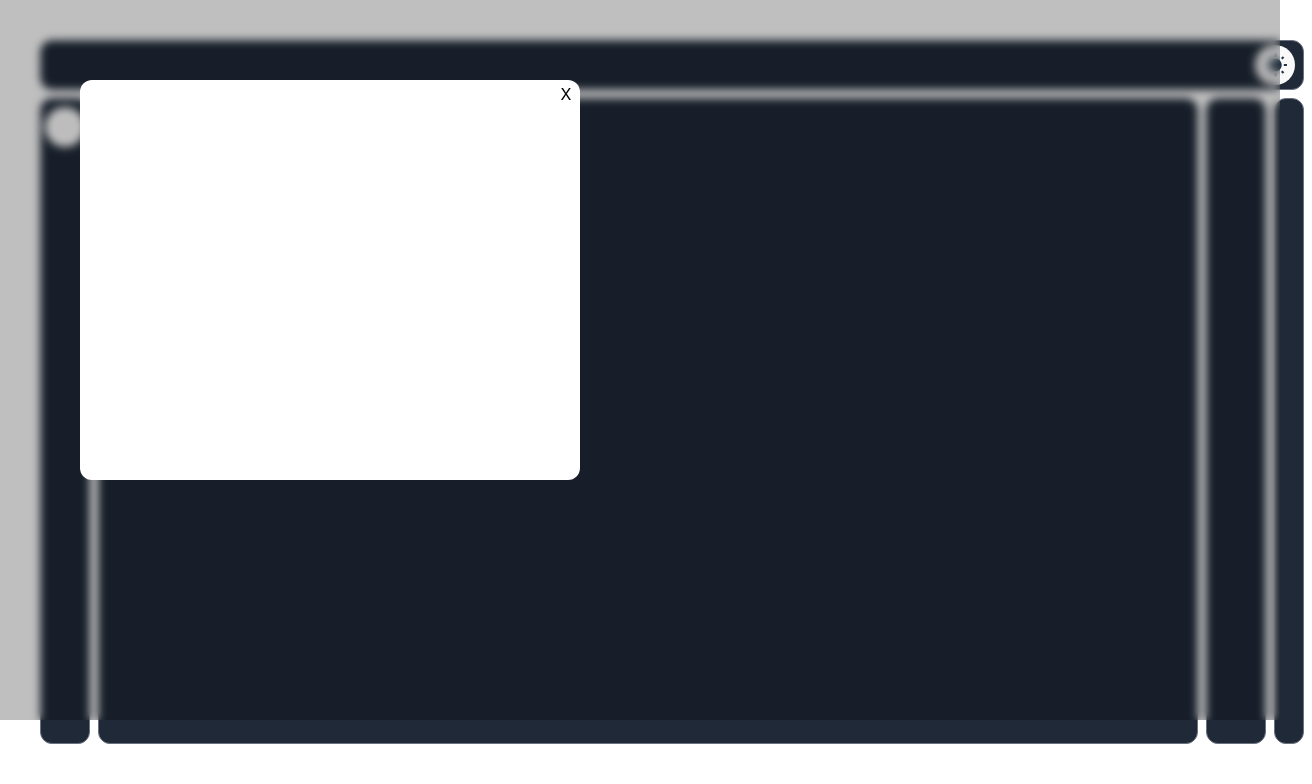
Repository: Wuiserous/Todo-App
Page: /, after clicking the first element matching `button.w-10`
The author's editor kept a copy of each file at every save. The page is drawn from the files as they stood at one save, then again after the next save.
The browser window is 1280 px wide. The page is 1312 px wide, so the pictures cover 1312 px, including what lies to the right of the window. The pictures show the whole page.
The project was rebuilt for these pictures with package versions that can differ from the ones it lists, and the page was loaded fresh each time. Also part of the build but not shown: vite.config.js.

Above is the page before, as saved 2024-11-10 12:40:36.

### src/index.css
/* src/index.css */
@tailwind base;
@tailwind components;
@tailwind utilities;

:root {
  font-family: Inter, system-ui, Avenir, Helvetica, Arial, sans-serif;
  line-height: 1.5;
  font-weight: 400;

  color-scheme: light dark;
  color: rgba(255, 255, 255, 0.87);
  background-color: black;

  font-synthesis: none;
  text-rendering: optimizeLegibility;
  -webkit-font-smoothing: antialiased;
  -moz-osx-font-smoothing: grayscale;
}

a {
  font-weight: 500;
  color: #646cff;
  text-decoration: inherit;
}
a:hover {
  color: #535bf2;
}

h1 {
  font-size: 3.2em;
  line-height: 1.1;
}


button:hover {
  border-color: #646cff;
}
button:focus,
button:focus-visible {
  outline: 4px auto -webkit-focus-ring-color;
}

@media (prefers-color-scheme: light) {
  :root {
    color: #213547;
    background-color: #ffffff;
  }
  a:hover {
    color: #747bff;
  }
  button {
    background-color: #f9f9f9;
  }
}

### src/App.jsx
import { useState } from 'react'
import './App.css'
import { MdWbSunny } from "react-icons/md";
import { AiFillMoon } from "react-icons/ai";
import { IoMdAddCircle } from "react-icons/io";
import ToolBar from './components/ToolBar'
import NavBar from './components/NavBar'
import TaskSpace from './components/TaskSpace'
import Modal from './components/Modal'
import ProgressSpace from './components/ProgressSpace'
import MotivationSpace from './components/MotivationSpace'

function App() {
  const [darkMode, setDarkMode] = useState(false)
  const [showModal, setShowModal] = useState(false)
  const hideModal = () => setShowModal(false)
  return (
    <div className='w-[100vw] overflow-hidden p-2 gap-2 h-[100vh] grid grid-cols-[50px_1100px_60px_1fr] grid-rows-[50px_1fr_1fr_1fr]'>
      <ToolBar bgColor={darkMode?'bg-gray-100' : 'bg-gray-800'} Button={<button className="w-10 focus:outline-none h-10 rounded-full flex items-center justify-center" onClick={() => setShowModal(true)}><IoMdAddCircle className={`${darkMode ? 'text-black' : 'text-white'}`} size={40} /></button>} />
      <NavBar Button={<button className="w-10 h-10 focus:outline-none rounded-full flex items-center justify-center" onClick={() => setDarkMode(!darkMode)}>{darkMode ? <AiFillMoon className='text-black' size={25} /> : <MdWbSunny size={25} />}</button>} bgColor={darkMode?'bg-gray-100' : 'bg-gray-800' }/>
      <TaskSpace bgColor={darkMode?'bg-gray-100' : 'bg-gray-800' } />
      <ProgressSpace bgColor={darkMode?'bg-gray-100' : 'bg-gray-800' } />
      <MotivationSpace bgColor={darkMode?'bg-gray-100' : 'bg-gray-800' } />
      <Modal Show={showModal} hide={hideModal} />
    </div>
  )
}

export default App

### src/components/ToolBar.jsx
export default function ToolBar(props) {
    return (
      <div className={`border ${props.bgColor} border-gray-500 p-2 flex justify-center rounded-xl col-span-1 row-start-2 row-end-5`}>
        {props.Button}
      </div>
    )
}

### src/components/NavBar.jsx
import { useState } from 'react'

export default function NavBar(props) {
    return (
      <div className={`rounded-xl col-span-4 border ${props.bgColor} border-gray-500 flex items-center justify-end p-2`}>
        {props.Button}
      </div>
    )
}

### src/components/TaskSpace.jsx
export default function TaskSpace(props) {
    return (
      <div className={`rounded-xl col-start-2 row-start-2 row-end-5 border ${props.bgColor} border-gray-500`}></div>
    )
}

### src/components/Modal.jsx
import { useState, useEffect } from "react";

export default function Modal(props) {
    const [isVisible, setIsVisible] = useState(false);

    useEffect(() => {
        if (props.Show) {
            // Trigger animation when modal is shown
            setIsVisible(true);
        } else {
            // Reset visibility state when modal is hidden
            setIsVisible(false);
        }
    }, [props.Show]);

    if (!props.Show) return null;

    const hide = (e) => {
        if (e.target.id === "wrapper") props.hide();
    };

    return (
      <div
        className="fixed inset-0 bg-black bg-opacity-25 backdrop-blur-sm"
        id="wrapper"
        onClick={hide}
      >
        <div
          className={`relative w-[500px] top-20 left-20 h-[400px] bg-white rounded-xl flex flex-col justify-center items-center text-black transform transition-all duration-500 ${
            isVisible ? "scale-100 opacity-100" : "scale-50 opacity-0"
          }`}
        >
          <button
            onClick={props.hide}
            className="absolute top-1 right-1 w-5 h-5 p-2 flex items-center justify-center rounded-full focus:outline-none bg-transparent text-black"
          >
            X
          </button>
        </div>
      </div>
    );
}

### src/components/ProgressSpace.jsx
export default function ProgressSpace(props) {
    return (
      <div className={`rounded-xl row-start-2 row-end-5 col-start-3 col-end-4 border ${props.bgColor} border-gray-500`}></div>
    )
}

### src/components/MotivationSpace.jsx
export default function MotivationSpace(props) {
    return (
      <div className={`rounded-xl row-start-2 row-end-5 col-start-4 col-end-4 col-span-3 border ${props.bgColor} border-gray-500`}></div>
    )
}

Loaded but not shown: src/main.jsx (common file); src/App.css (common file); tailwind.config.js (common file)

After the next save:
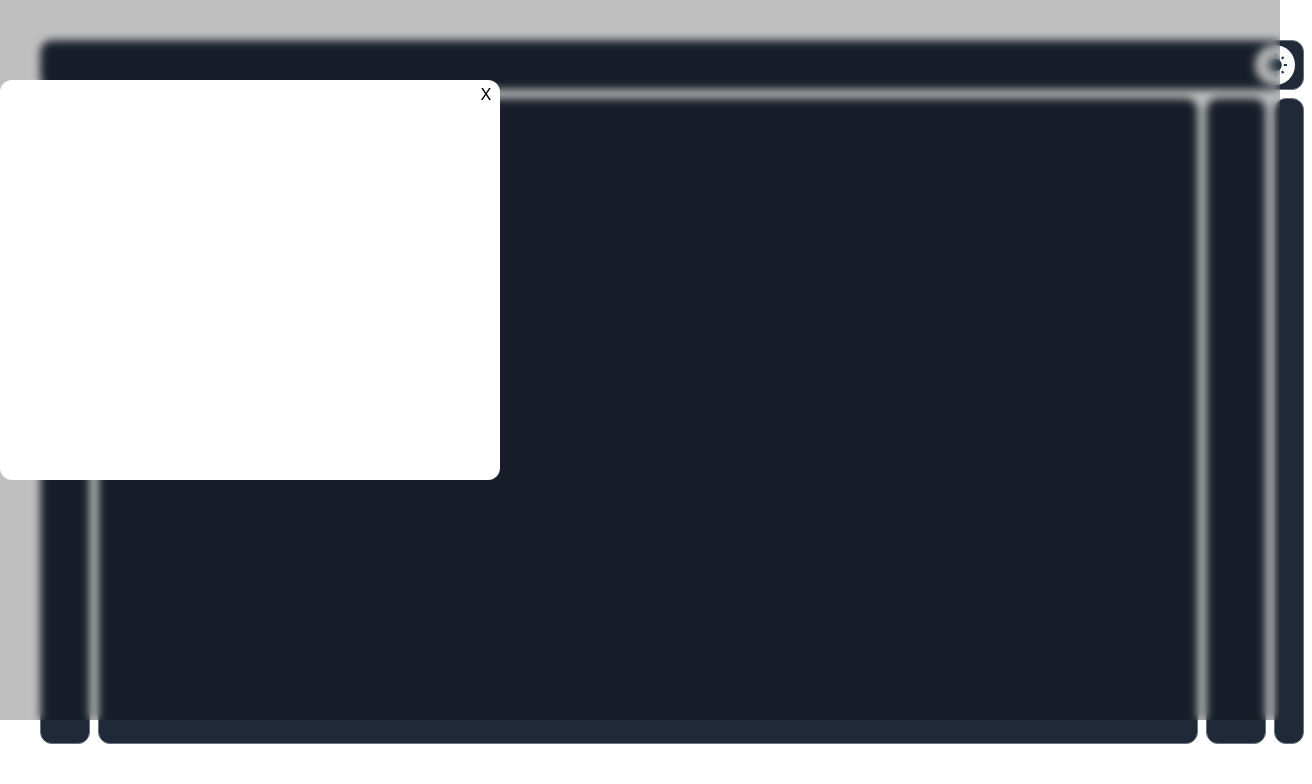
Saved 9 s later.
--- a/src/components/Modal.jsx
+++ b/src/components/Modal.jsx
@@ -26,7 +26,7 @@ export default function Modal(props) {
         onClick={hide}
       >
         <div
-          className={`relative w-[500px] top-20 left-20 h-[400px] bg-white rounded-xl flex flex-col justify-center items-center text-black transform transition-all duration-500 ${
+          className={`relative w-[500px] top-20 left-15 h-[400px] bg-white rounded-xl flex flex-col justify-center items-center text-black transform transition-all duration-500 ${
             isVisible ? "scale-100 opacity-100" : "scale-50 opacity-0"
           }`}
         >
